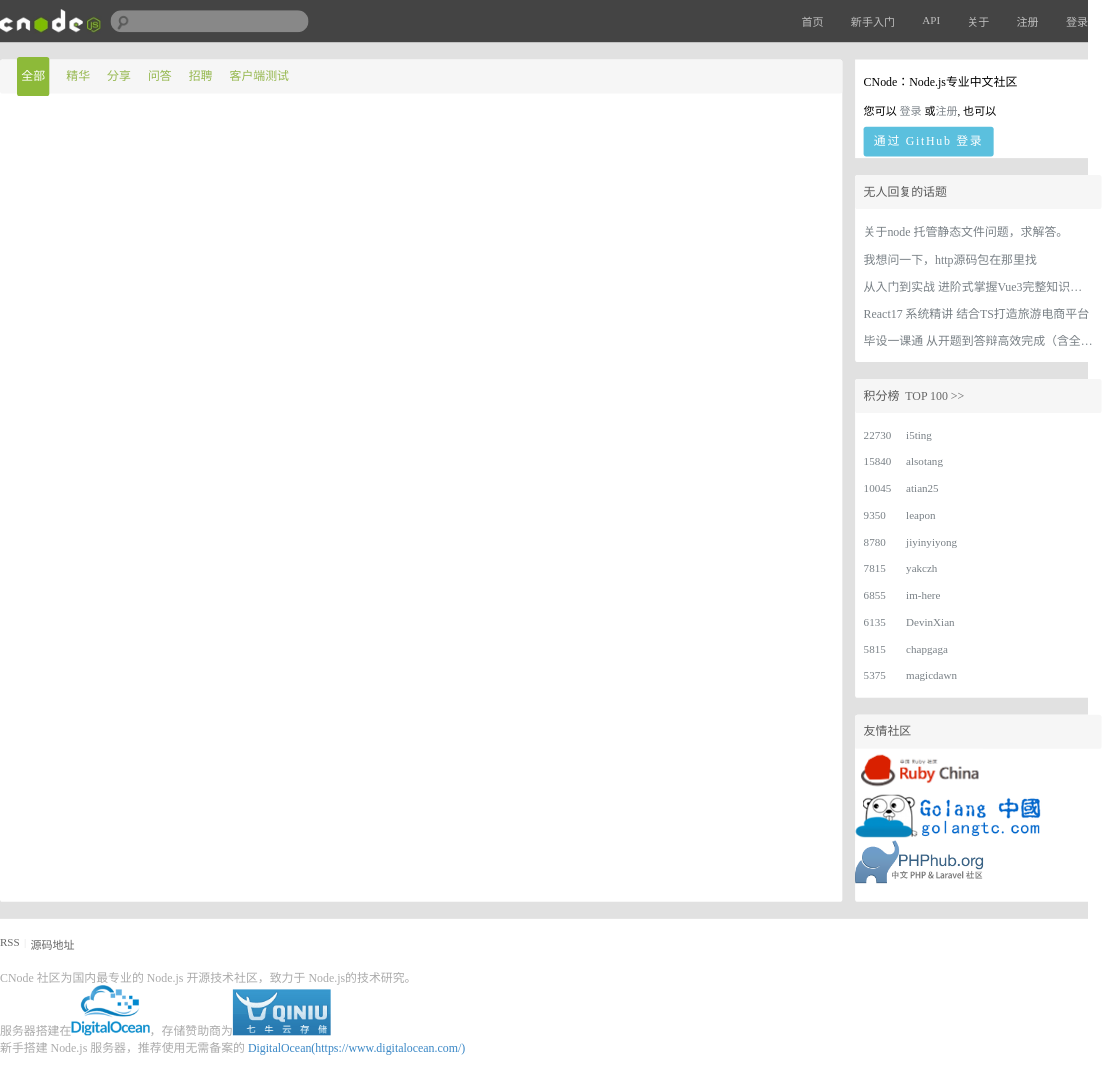
Repository: he-mengyao/pc-cnode-js
Page: /
An editor plug-in stored every save of this project. The page is shown before and after the next save, followed by the edit.
The browser window is 1280 px wide. The page is 1296 px wide, so the pictures cover 1296 px, including what lies to the right of the window. The pictures show the whole page, at 85% of full size.
The page's requests for data from a server got no answer. The project was rebuilt for these pictures with package versions that can differ from the ones it lists, and the page was loaded fresh each time. No one was signed in, and anything a server would have sent is missing.

Above is the page before, as saved 2021-06-20 13:38:11.

After the next save:
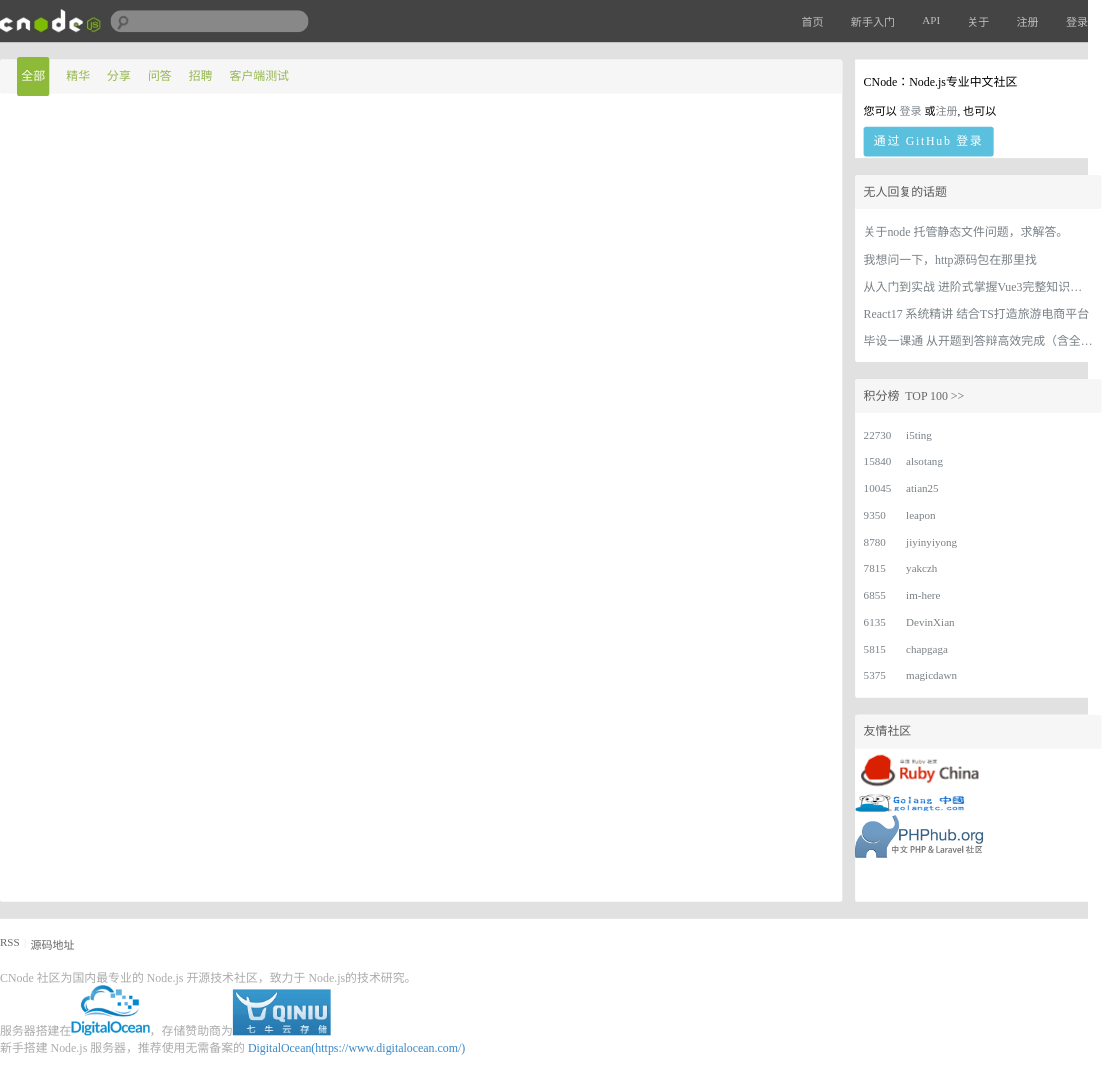
Saved 19 s later.
--- a/src/components/Fr/fr.vue
+++ b/src/components/Fr/fr.vue
@@ -117,10 +117,10 @@
       height: 180px;
       img {
         height: 50px;
-        .img2 {
-          height: 20px;
-          width: 130px;
-        }
+      }
+      .img2 {
+        height: 20px;
+        width: 130px;
       }
     }
   }
